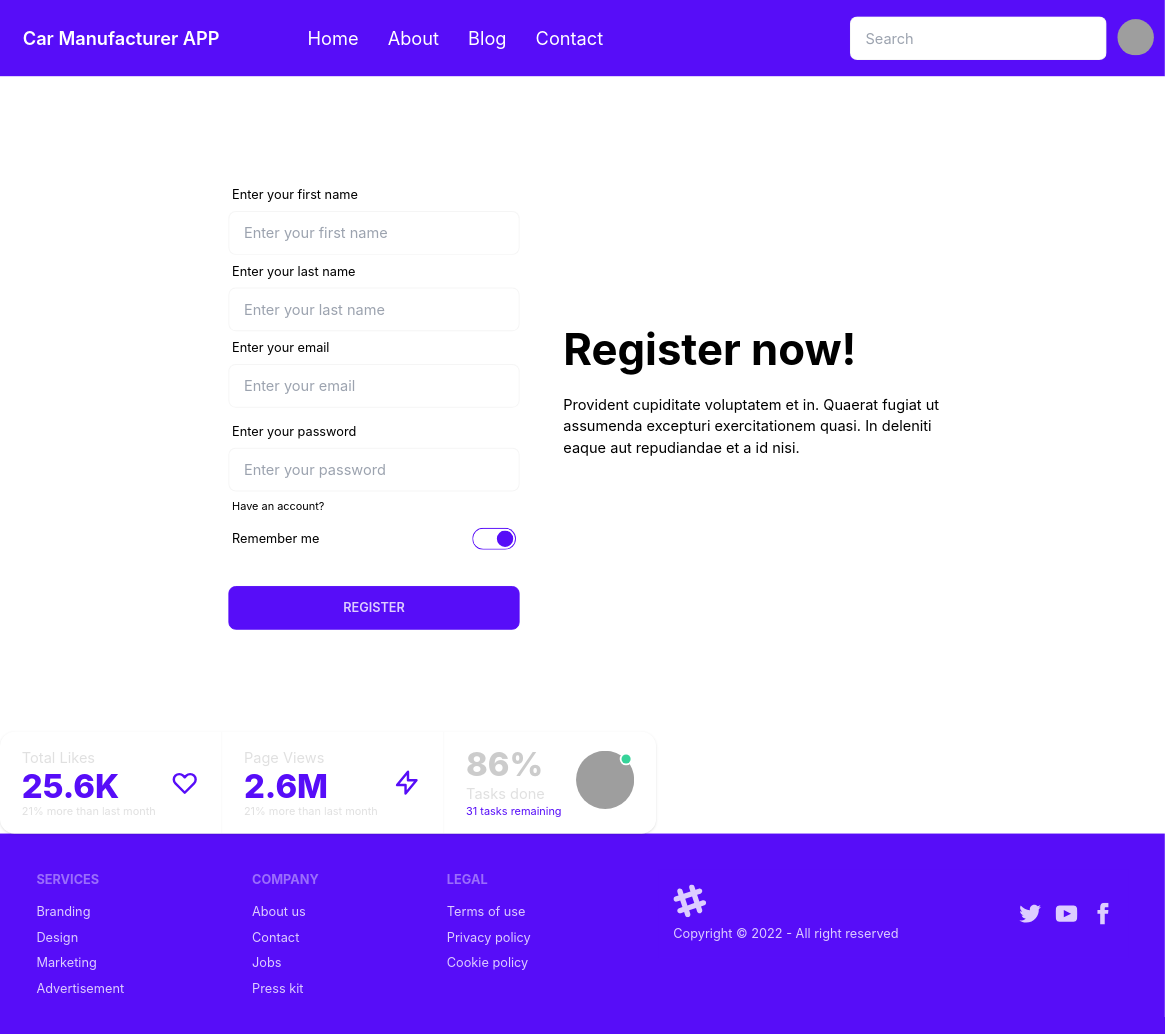
Repository: devsajid/car-manufacturer-app
Page: /register
An editor plug-in stored every save of this project. The page is shown before and after the next save, followed by the edit.
The browser window is 1280 px wide. The pictures show the whole page, at 91% of full size.
Pictures or frames that could not be fetched are drawn as grey boxes. The project was rebuilt for these pictures with package versions that can differ from the ones it lists, and the page was loaded fresh each time. Also part of the build but not shown: src/App.css, src/Pages/Home/Home.js, src/Pages/About/About.js, src/Pages/Blog/Blog.js, src/Pages/Contact/Contact.js, src/Pages/Register/Login/Login.js.

Above is the page before, as saved 2022-05-23 00:14:28.

### src/App.js
import "./App.css";
import Navbar from "./SharedComponents/Navbar/Navbar";
import Home from "./Pages/Home/Home";
import About from "./Pages/About/About";
import Blog from "./Pages/Blog/Blog";
import { Routes, Route } from "react-router-dom";
import Contact from "./Pages/Contact/Contact";
import Register from "./Pages/Register/Register";
import Login from "./Pages/Register/Login/Login";
import Footer from "./SharedComponents/Footer/Footer";
import Portfolio from "./Pages/Portfolio/Portfolio";

function App() {
  return (
    <div>
      <Navbar></Navbar>
      <Routes>
        <Route path="/" element={<Home />} />
        <Route path="about" element={<About />} />
        <Route path="blog" element={<Blog />} />
        <Route path="contact" element={<Contact />} />
        <Route path="register" element={<Register />} />
        <Route path="login" element={<Login />} />
      </Routes>
      <Portfolio></Portfolio>
      <Footer></Footer>
    </div>
  );
}

export default App;

### src/SharedComponents/Navbar/Navbar.js
import React from "react";
import { Link } from "react-router-dom";

const Navbar = () => {
  return (
    <div>
      <div class="navbar bg-neutral text-base-100">
        <div class="navbar-start text-base-100">
          <div class="dropdown">
            <label tabindex="0" class="btn btn-ghost lg:hidden">
              <svg
                xmlns="http://www.w3.org/2000/svg"
                class="h-5 w-5"
                fill="none"
                viewBox="0 0 24 24"
                stroke="currentColor"
              >
                <path
                  stroke-linecap="round"
                  stroke-linejoin="round"
                  stroke-width="2"
                  d="M4 6h16M4 12h8m-8 6h16"
                />
              </svg>
            </label>
            <ul
              tabindex="0"
              class="menu menu-compact dropdown-content mt-3 p-2 shadow bg-neutral base-100 rounded-box w-100"
            >
              <li>
                <a>Home</a>
              </li>
              <li>
                <a>About</a>
              </li>
              <li>
                <a>Blog</a>
              </li>
              <li>
                <a>Contact</a>
              </li>
            </ul>
          </div>
          <a className="btn btn-ghost bg- normal-case text-base-100 text-xl">
            Car Manufacturer APP
          </a>
        </div>
        <div class="navbar hidden lg:flex">
          <ul class="menu menu-horizontal text-xl p-0">
            <li>
              <Link to="/">Home</Link>
            </li>

            <li>
              <Link to="/about">About</Link>
            </li>
            <li>
              <Link to="/blog">Blog</Link>
            </li>
            <li>
              <Link to="/contact">Contact</Link>
            </li>
          </ul>
        </div>
        <div class="flex-none gap-2">
          <div class="form-control">
            <input
              type="text"
              placeholder="Search"
              class="input input-bordered"
            />
          </div>
          <div class="dropdown dropdown-end navbar-end">
            <label tabindex="0" class="btn btn-ghost btn-circle avatar">
              <div class="w-10 rounded-full">
                <img src="https://api.lorem.space/image/face?hash=33791" />
              </div>
            </label>
            <ul
              tabindex="0"
              class="mt-3 p-2 shadow menu menu-compact dropdown-content bg-neutral base-100 rounded-box w-52"
            >
              <li>
                <a class="justify-between">
                  Profile
                  <span class="badge">New</span>
                </a>
              </li>
              <li>
                <Link to="/register">Register</Link>
              </li>
              <li>
                <a>Logout</a>
              </li>
            </ul>
          </div>
        </div>
      </div>
    </div>
  );
};

export default Navbar;

### src/Pages/Register/Register.js
import React from "react";
import { Link } from "react-router-dom";

const Register = () => {
  return (
    <div>
      <div class="hero min-h-screen bg-base-100">
        <div class="hero-content flex-col lg:flex-row-reverse">
          <div class="text-center lg:text-left" style={{ width: "30rem" }}>
            <h1 class="text-5xl font-bold text-black">Register now!</h1>
            <p class="py-6 text-black">
              Provident cupiditate voluptatem et in. Quaerat fugiat ut assumenda
              excepturi exercitationem quasi. In deleniti eaque aut repudiandae
              et a id nisi.
            </p>
          </div>
          <div class="card flex-shrink-0 w-full max-w-sm shadow-2xxl rounded-full  bg-base-100">
            <div class="card-body">
              <div class="form-control">
                <div class="form-control">
                  <label class="label">
                    <span
                      class="label-text text-black"
                      placeholder="Enter your first name"
                    >
                      Enter your first name
                    </span>
                  </label>
                  <input
                    type="text"
                    placeholder="Enter your first name"
                    class="input input-bordered"
                  />
                </div>
                <div class="form-control">
                  <label class="label">
                    <span
                      class="label-text text-black "
                      placeholder="Enter your last name"
                    >
                      Enter your last name
                    </span>
                  </label>
                  <input
                    type="text"
                    placeholder="Enter your last name"
                    class="input input-bordered"
                  />
                </div>

                <label class="label ">
                  <span
                    class="label-text text-black"
                    placeholder="Enter your email"
                  >
                    Enter your email
                  </span>
                </label>
                <input
                  type="text"
                  placeholder="Enter your email"
                  class="input input-bordered text-black"
                />
              </div>
              <div class="form-control">
                <label class="label">
                  <span
                    class="label-text text-black"
                    placeholder="Enter your password"
                  >
                    Enter your password
                  </span>
                </label>
                <input
                  type="text"
                  placeholder="Enter your password"
                  class="input input-bordered"
                />
                <label class="label">
                  <Link
                    to="/login"
                    class="label-text-alt link link-hover text-black"
                  >
                    Have an account?
                  </Link>
                </label>
                <label class="label cursor-pointer">
                  <span class="label-text text-black">Remember me</span>
                  <input
                    type="checkbox"
                    class="toggle toggle-primary"
                    checked
                  />
                </label>
              </div>
              <div class="form-control mt-6">
                <button class="btn btn-primary">Register</button>
              </div>
            </div>
          </div>
        </div>
      </div>
    </div>
  );
};

export default Register;

### src/SharedComponents/Footer/Footer.js
import React from "react";

const Footer = () => {
  return (
    <div>
      <footer class="footer p-10 bg-neutral text-neutral-content">
        <div>
          <span class="footer-title">Services</span>
          <a class="link link-hover">Branding</a>
          <a class="link link-hover">Design</a>
          <a class="link link-hover">Marketing</a>
          <a class="link link-hover">Advertisement</a>
        </div>
        <div>
          <span class="footer-title">Company</span>
          <a class="link link-hover">About us</a>
          <a class="link link-hover">Contact</a>
          <a class="link link-hover">Jobs</a>
          <a class="link link-hover">Press kit</a>
        </div>
        <div>
          <span class="footer-title">Legal</span>
          <a class="link link-hover">Terms of use</a>
          <a class="link link-hover">Privacy policy</a>
          <a class="link link-hover">Cookie policy</a>
        </div>

        <div class="footer items-center p-4 bg-neutral text-neutral-content">
          <div class=" items-center">
            <svg
              width="36"
              height="36"
              viewBox="0 0 24 24"
              xmlns="http://www.w3.org/2000/svg"
              fill-rule="evenodd"
              clip-rule="evenodd"
              class="fill-current"
            >
              <path d="M22.672 15.226l-2.432.811.841 2.515c.33 1.019-.209 2.127-1.23 2.456-1.15.325-2.148-.321-2.463-1.226l-.84-2.518-5.013 1.677.84 2.517c.391 1.203-.434 2.542-1.831 2.542-.88 0-1.601-.564-1.86-1.314l-.842-2.516-2.431.809c-1.135.328-2.145-.317-2.463-1.229-.329-1.018.211-2.127 1.231-2.456l2.432-.809-1.621-4.823-2.432.808c-1.355.384-2.558-.59-2.558-1.839 0-.817.509-1.582 1.327-1.846l2.433-.809-.842-2.515c-.33-1.02.211-2.129 1.232-2.458 1.02-.329 2.13.209 2.461 1.229l.842 2.515 5.011-1.677-.839-2.517c-.403-1.238.484-2.553 1.843-2.553.819 0 1.585.509 1.85 1.326l.841 2.517 2.431-.81c1.02-.33 2.131.211 2.461 1.229.332 1.018-.21 2.126-1.23 2.456l-2.433.809 1.622 4.823 2.433-.809c1.242-.401 2.557.484 2.557 1.838 0 .819-.51 1.583-1.328 1.847m-8.992-6.428l-5.01 1.675 1.619 4.828 5.011-1.674-1.62-4.829z"></path>
            </svg>
            <p>Copyright © 2022 - All right reserved</p>
          </div>
          <div class="grid-flow-col gap-4 md:place-self-center md:justify-self-end">
            <a>
              <svg
                xmlns="http://www.w3.org/2000/svg"
                width="24"
                height="24"
                viewBox="0 0 24 24"
                class="fill-current"
              >
                <path d="M24 4.557c-.883.392-1.832.656-2.828.775 1.017-.609 1.798-1.574 2.165-2.724-.951.564-2.005.974-3.127 1.195-.897-.957-2.178-1.555-3.594-1.555-3.179 0-5.515 2.966-4.797 6.045-4.091-.205-7.719-2.165-10.148-5.144-1.29 2.213-.669 5.108 1.523 6.574-.806-.026-1.566-.247-2.229-.616-.054 2.281 1.581 4.415 3.949 4.89-.693.188-1.452.232-2.224.084.626 1.956 2.444 3.379 4.6 3.419-2.07 1.623-4.678 2.348-7.29 2.04 2.179 1.397 4.768 2.212 7.548 2.212 9.142 0 14.307-7.721 13.995-14.646.962-.695 1.797-1.562 2.457-2.549z"></path>
              </svg>
            </a>
            <a>
              <svg
                xmlns="http://www.w3.org/2000/svg"
                width="24"
                height="24"
                viewBox="0 0 24 24"
                class="fill-current"
              >
                <path d="M19.615 3.184c-3.604-.246-11.631-.245-15.23 0-3.897.266-4.356 2.62-4.385 8.816.029 6.185.484 8.549 4.385 8.816 3.6.245 11.626.246 15.23 0 3.897-.266 4.356-2.62 4.385-8.816-.029-6.185-.484-8.549-4.385-8.816zm-10.615 12.816v-8l8 3.993-8 4.007z"></path>
              </svg>
            </a>
            <a>
              <svg
                xmlns="http://www.w3.org/2000/svg"
                width="24"
                height="24"
                viewBox="0 0 24 24"
                class="fill-current"
              >
                <path d="M9 8h-3v4h3v12h5v-12h3.642l.358-4h-4v-1.667c0-.955.192-1.333 1.115-1.333h2.885v-5h-3.808c-3.596 0-5.192 1.583-5.192 4.615v3.385z"></path>
              </svg>
            </a>
          </div>
        </div>
      </footer>
    </div>
  );
};

export default Footer;

### src/Pages/Portfolio/Portfolio.js
import React from "react";

const Portfolio = () => {
  return (
    <div>
      <div class="stats shadow">
        <div class="stat">
          <div class="stat-figure text-primary">
            <svg
              xmlns="http://www.w3.org/2000/svg"
              fill="none"
              viewBox="0 0 24 24"
              class="inline-block w-8 h-8 stroke-current"
            >
              <path
                stroke-linecap="round"
                stroke-linejoin="round"
                stroke-width="2"
                d="M4.318 6.318a4.5 4.5 0 000 6.364L12 20.364l7.682-7.682a4.5 4.5 0 00-6.364-6.364L12 7.636l-1.318-1.318a4.5 4.5 0 00-6.364 0z"
              ></path>
            </svg>
          </div>
          <div class="stat-title">Total Likes</div>
          <div class="stat-value text-primary">25.6K</div>
          <div class="stat-desc">21% more than last month</div>
        </div>

        <div class="stat">
          <div class="stat-figure text-secondary">
            <svg
              xmlns="http://www.w3.org/2000/svg"
              fill="none"
              viewBox="0 0 24 24"
              class="inline-block w-8 h-8 stroke-current"
            >
              <path
                stroke-linecap="round"
                stroke-linejoin="round"
                stroke-width="2"
                d="M13 10V3L4 14h7v7l9-11h-7z"
              ></path>
            </svg>
          </div>
          <div class="stat-title">Page Views</div>
          <div class="stat-value text-secondary">2.6M</div>
          <div class="stat-desc">21% more than last month</div>
        </div>

        <div class="stat">
          <div class="stat-figure text-secondary">
            <div class="avatar online">
              <div class="w-16 rounded-full">
                <img src="https://api.lorem.space/image/face?w=128&h=128" />
              </div>
            </div>
          </div>
          <div class="stat-value">86%</div>
          <div class="stat-title">Tasks done</div>
          <div class="stat-desc text-secondary">31 tasks remaining</div>
        </div>
      </div>
    </div>
  );
};

export default Portfolio;

### tailwind.config.js
module.exports = {
  content: ["./src/**/*.{js,jsx,ts,tsx}"],
  theme: {
    extend: {},
  },
  daisyui: {
    themes: [
      {
        mytheme: {
          primary: "#570DF8",

          secondary: "#570DF8",

          accent: "#F2F2F2",

          neutral: "#570DF8",

          info: "#3ABFF8",

          success: "#36D399",

          warning: "#FBBD23",

          error: "#F87272",
        },
      },
    ],
  },
  plugins: [require("daisyui")],
};

Loaded but not shown: public/index.html (common file); src/index.js (common file); src/index.css (common file); src/reportWebVitals.js (common file)

After the next save:
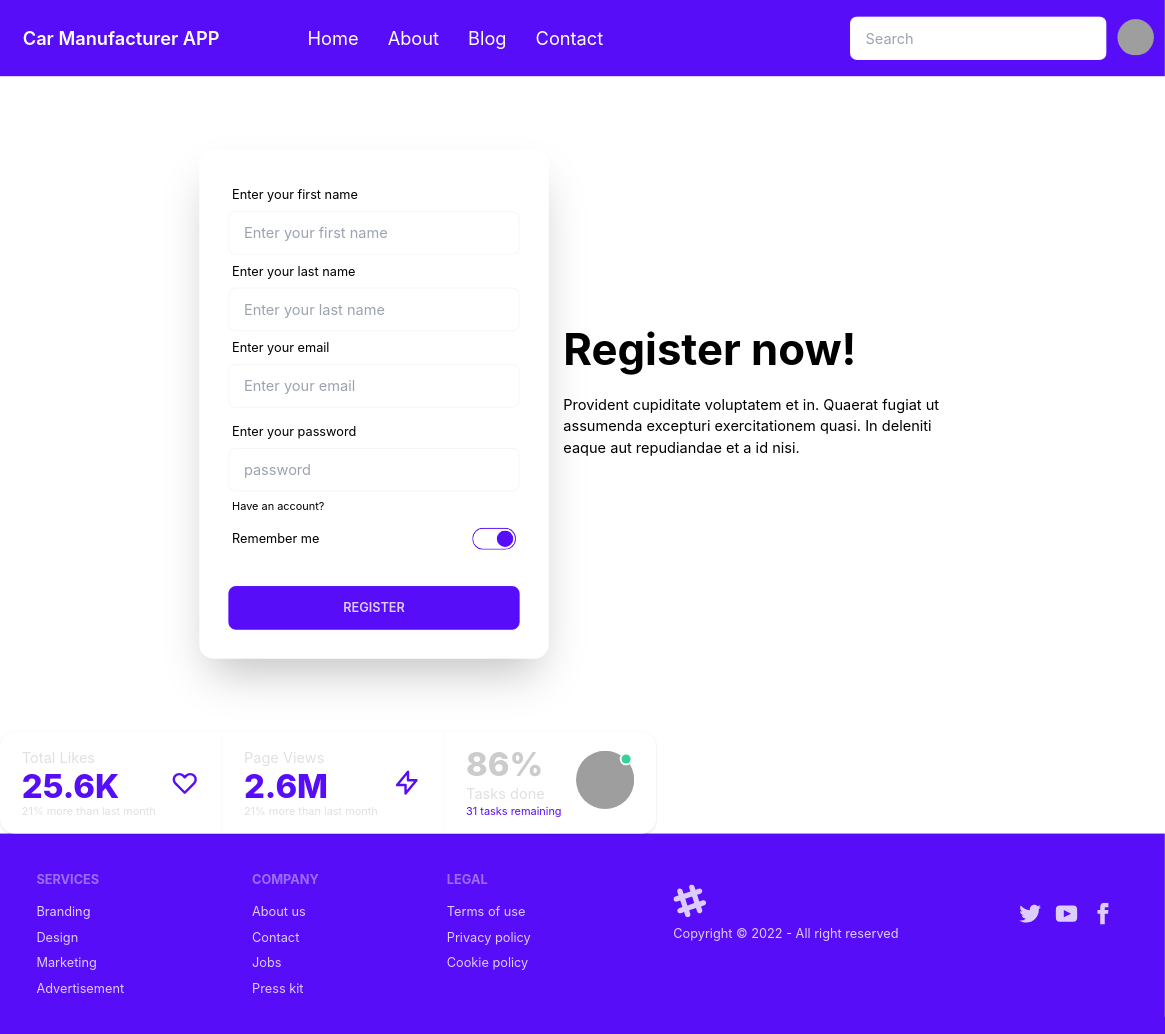
Saved 10 s later.
--- a/src/Pages/Register/Register.js
+++ b/src/Pages/Register/Register.js
@@ -14,7 +14,7 @@ const Register = () => {
               et a id nisi.
             </p>
           </div>
-          <div class="card flex-shrink-0 w-full max-w-sm shadow-2xxl rounded-full  bg-base-100">
+          <div class="card flex-shrink-0 w-full max-w-sm shadow-2xl bg-base-100">
             <div class="card-body">
               <div class="form-control">
                 <div class="form-control">
@@ -73,7 +73,7 @@ const Register = () => {
                 </label>
                 <input
                   type="text"
-                  placeholder="Enter your password"
+                  placeholder="password"
                   class="input input-bordered"
                 />
                 <label class="label">
